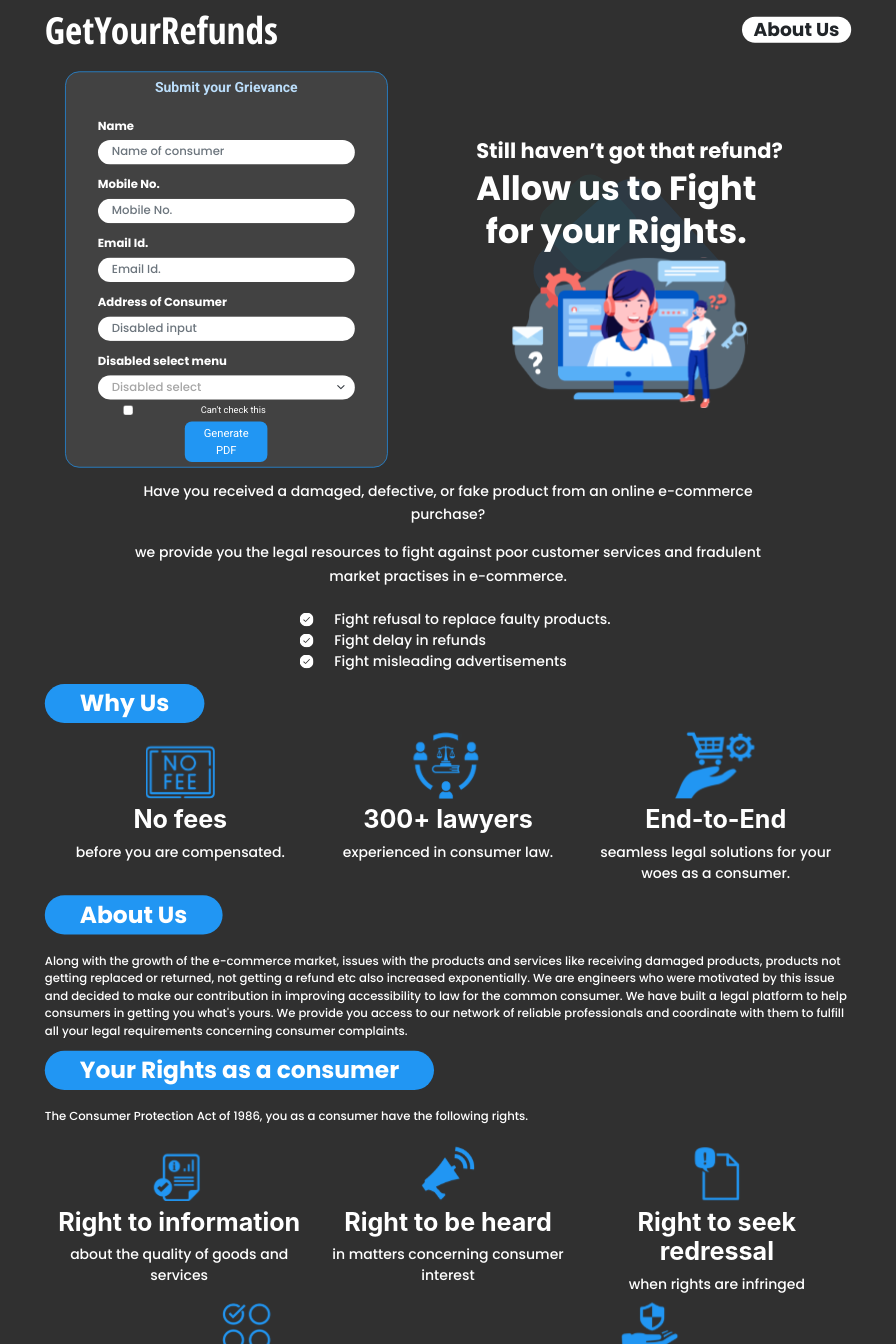
Repository: Eren00Yeager/initial-survey
Page: /consumer-complaints
The author's editor kept a copy of each file at every save. The page is drawn from the files as they stood at one save, then again after the next save.
The browser window is 1280 px wide. The pictures show the part of the page from y = 0 to 1920 px (the page is 2786 px tall before and 2767 px after), at 70% of full size.
Some web fonts or font styles are not loaded; a fallback is used. The project was rebuilt for these pictures with package versions that can differ from the ones it lists, and the page was loaded fresh each time. The framework's server and built-in components were replaced by stand-ins that run in the browser. Also part of the build but not shown: next.config.js.

Above is the page before, as saved 2022-07-14 12:21:02.

### pages/consumer-complaints.jsx
import Head from "next/head";
import Image from "next/image";
import consumerStyles from "../styles/consumer.module.css";
import svg from "../pic/mark.svg";
import im from "../pic/i2.svg";
import i1 from "../pic/nofee.svg";
import i2 from "../pic/law.svg";
import i3 from "../pic/end2.svg";
import j1 from "../pic/info.svg";
import j2 from "../pic/heard.svg";
import j3 from "../pic/seek.svg";
import j4 from "../pic/free.svg";
import j5 from "../pic/safe.svg";
import a from "../pic/carrow.svg";
import f from "../pic/foot.svg";
import z1 from "../pic/in.svg";
import z2 from "../pic/tweet.svg";
import z3 from "../pic/mail.svg";
import { Col, Row, Form, Button, Accordion } from 'react-bootstrap';
import { useState, useEffect } from "react";


export default function consumer() {

    const [name, setName] = useState('');
    const [mobile, setMobile] = useState('');
    const [email, setEmail] = useState('');
    const [problem, setProblem] = useState('');
    const [error, seterror] = useState('');
    const [st, setst] = useState(false);
    const emailValidation = () => {
        const regex = /^(([^<>()[\]\.,;:\s@\"]+(\.[^<>()[\]\.,;:\s@\"]+)*)|(\".+\"))@(([^<>()[\]\.,;:\s@\"]+\.)+[^<>()[\]\.,;:\s@\"]{2,})$/i;
        if (!email || regex.test(email) === false) {

            seterror("Email is not valid");

            return false;
        }
        return true;
    }
    const submitHandler = async (e) => {
        e.preventDefault();

        console.log([name, mobile, email, problem])
        if (emailValidation()) {
            try {
                const response = await fetch("/api/consumersheet", {
                    method: "POST",
                    body: JSON.stringify({ name, mobile, email, problem }),
                    headers: {
                        'Content-Type': 'application/json',
                    },
                })
                if (await response.status == 201) {
                    setst(true)
                } else {
                    throw response.json()
                }


            } catch (e) {
                console.log(e)
                alert("There was an error in submitting\nPlease try again")
                setName('');
                setMobile('');
                setEmail('');
                setProblem('');
                setst(false);
            }
        }
    }

    const [windowSize, setWindowSize] = useState({
        width: "",
        height: "",
    });

    useEffect(() => {
        // only execute all the code below in client side
        if (typeof window !== 'undefined') {
            // Handler to call on window resize
            function handleResize() {
                // Set window width/height to state
                setWindowSize({
                    width: window.innerWidth,
                    height: window.innerHeight,
                });
            }

            // Add event listener
            window.addEventListener("resize", handleResize);

            // Call handler right away so state gets updated with initial window size
            handleResize();

            // Remove event listener on cleanup
            return () => window.removeEventListener("resize", handleResize);
        }
    }, []); // Empty array ensures that effect is only run on mount
    function handleScroll() {
        window.scroll({
            top: document.body.offsetHeight,
            left: 0,
            behavior: 'smooth',
        });
    }

    const thnk = (
        <div className={consumerStyles.tnk}>
            <div className={consumerStyles.thank}>Thank you for
                signing up with us.
                We will soon
                reach out to you.</div>
        </div>
    )
    const frm = (
        <Form className={consumerStyles.frm} onSubmit={submitHandler}>
            <div className={consumerStyles.grev}>
                Submit your Grievance
            </div>
            <div className={consumerStyles.details}>

            <Form.Group className={consumerStyles.det}>
                <Form.Label className={consumerStyles.nam}>Name</Form.Label>
                <Form.Control className={consumerStyles.plc} type="text" placeholder="Name of consumer" />
            </Form.Group>

            <Form.Group className={consumerStyles.det} >
                <Form.Label className={consumerStyles.nam}>Mobile No.</Form.Label>
                <Form.Control className={consumerStyles.plc} type="Mobile No." pattern="[0-9]{10}" placeholder="Mobile No." onChange={(e) => setMobile(e.target.value)} />
            </Form.Group>

            <Form.Group className={consumerStyles.det} >
                <Form.Label className={consumerStyles.nam}>Email Id.</Form.Label>
                <Form.Control className={consumerStyles.plc} type="text" placeholder="Email Id." onChange={(e) => setMobile(e.target.value)} />
            </Form.Group>

            <Form.Group className={consumerStyles.det}>
                <Form.Label className={consumerStyles.nam}>Address of Consumer</Form.Label>
                <Form.Control className={consumerStyles.plc} placeholder="Disabled input" />
            </Form.Group>
            <Form.Group className={consumerStyles.det}>
                <Form.Label className={consumerStyles.nam}>Disabled select menu</Form.Label>
                <Form.Select className={consumerStyles.plc}>
                    <option>Disabled select</option>
                    <option>dsafjn</option>
                    <option>kskjdjnfojn</option>
                </Form.Select>
            </Form.Group>
            <Form.Group className={consumerStyles.terms} >
                <Form.Check type="checkbox" label="Can't check this" />
                <Button variant="primary" className={consumerStyles.sub} >
                    Generate PDF
                </Button>
            </Form.Group>

            </div>

        </Form>
    )
    return (
        <div className={consumerStyles.s}>
            <Head>
                <title>Consumer Complaints</title>
                <meta name="description" content="" />
                <link rel="icon" href="/favicon.ico" />
                <link href='https://fonts.googleapis.com/css?family=Open Sans Condensed:700' rel='stylesheet'></link>
            </Head>

            <div className={consumerStyles.container}>

                <div className={consumerStyles.head}>
                    <div className={consumerStyles.hd}>
                        GetYourRefunds
                    </div>

                    <div>
                        <a href="#about-us" className={consumerStyles.btn} onClick={handleScroll}>About Us</a>
                    </div>
                </div>
                <div className={consumerStyles.main}>

                    {st ? thnk : frm}
                    <div className={consumerStyles.tct}>
                        <div className={consumerStyles.py} style={windowSize.width > 900 ? { position: "relative", width: "32.552vw" } : { position: "relative", width: "250px" }} >
                            <Image src={im} layout="responsive" />
                        </div>
                        <div className={consumerStyles.t1}>
                            <div className={consumerStyles.title}>
                                <div className={consumerStyles.title2}>
                                    Still haven’t got that refund?
                                </div>

                                <div className={consumerStyles.title1}>
                                    Allow us to Fight <br></br>for your Rights.
                                </div>
                            </div>
                        </div>

                    </div>

                </div>

                <div className={consumerStyles.fo}>

                    <div className={consumerStyles.mid}>
                        Have you received a damaged, defective, or fake product from an online e-commerce purchase?
                    </div>
                    <div className={consumerStyles.mid}>
                        we provide you the legal resources to fight against
                        poor customer services and fradulent market practises in
                        e-commerce.
                    </div>
                    <div className={consumerStyles.points}>
                        <div>
                            <div className={consumerStyles.p}>
                                <div className={consumerStyles.i}>
                                    <Image src={svg} />
                                </div>
                                <div className={consumerStyles.t}>
                                    Fight refusal to replace faulty products.
                                </div>
                            </div>
                            <div className={consumerStyles.p}>
                                <div className={consumerStyles.i}>
                                    <Image src={svg} />
                                </div>
                                <div className={consumerStyles.t}><div>Fight delay in refunds</div></div>
                            </div>
                            <div className={consumerStyles.p}>
                                <div className={consumerStyles.i}>
                                    <Image src={svg} />
                                </div>
                                <div className={consumerStyles.t}>
                                    Fight misleading advertisements
                                </div>
                            </div>
                        </div>
                    </div>

                </div>
                <div className={consumerStyles.sect}>
                    <div className={consumerStyles.sech}>Why Us</div>
                    <div className={consumerStyles.fwrap}>
                        <div className={consumerStyles.box}>
                            <div className={consumerStyles.bsvg} ><div style={windowSize.width > 900 ? { width: "7.747vw", position: "relative" } : { width: "30vw", position: "relative" }}><Image src={i1} layout="responsive"></Image></div></div>
                            <div className={consumerStyles.des}>
                                <span className={consumerStyles.des1}> No fees </span>
                                <span className={consumerStyles.des2}>before you are compensated.</span>
                            </div>
                        </div>
                        <div className={consumerStyles.box}>
                            <div className={consumerStyles.bsvg}> <div style={windowSize.width > 900 ? { width: "12.240vw", position: "relative" } : { width: "50vw", position: "relative" }}><Image src={i2} layout="responsive"></Image></div></div>
                            <div className={consumerStyles.des}>
                                <span className={consumerStyles.des1}>300+ lawyers </span>
                                <span className={consumerStyles.des2}>experienced in consumer law. </span>
                            </div>
                        </div>
                        <div className={consumerStyles.box}>
                            <div className={consumerStyles.bsvg}><div style={windowSize.width > 900 ? { width: "13.477vw", position: "relative" } : { width: "50vw", position: "relative" }}><Image src={i3} layout="responsive"></Image></div></div>
                            <div className={consumerStyles.des}>
                                <span className={consumerStyles.des1}>End-to-End</span>
                                <span className={consumerStyles.des2}>seamless legal solutions for your woes  as a consumer.</span>
                            </div>
                        </div>
                    </div>
                </div>
                <div className={consumerStyles.sect} id="about-us">
                    <div className={consumerStyles.sech}>About Us</div>
                    <div className={consumerStyles.abt}>Along with the growth of the e-commerce market, issues with the products and services like receiving damaged products, products not getting replaced or returned, not getting a refund etc also increased exponentially.  We are engineers who were motivated by this issue and decided to make our contribution in improving accessibility to law for the common consumer. We have built a legal platform to help consumers in getting you what's yours. We provide you access to our network of reliable professionals and coordinate with them to fulfill all your legal requirements concerning consumer complaints.   </div>
                </div>
                <div className={consumerStyles.sect}>
                    <div className={consumerStyles.sech}>Your Rights as a consumer</div>
                    <div className={consumerStyles.abt}>The Consumer Protection Act of  1986, you as a consumer have the following rights.</div>
                    <div className={consumerStyles.fwrap}>
                        <div className={consumerStyles.box}>
                            <div className={consumerStyles.bsvg} ><div style={windowSize.width > 900 ? { width: "6.120vw", position: "relative" } : { width: "30vw", position: "relative" }}><Image src={j1} layout="responsive"></Image></div></div>
                            <div className={consumerStyles.des}>
                                <span className={consumerStyles.des1}> Right to information </span>
                                <span className={consumerStyles.des2}>about the quality of goods and services</span>
                            </div>
                        </div>
                        <div className={consumerStyles.box}>
                            <div className={consumerStyles.bsvg} ><div style={windowSize.width > 900 ? { width: "9.440vw", position: "relative" } : { width: "50vw", position: "relative" }}><Image src={j2} layout="responsive"></Image></div></div>
                            <div className={consumerStyles.des}>
                                <span className={consumerStyles.des1}>Right to be heard </span>
                                <span className={consumerStyles.des2}>in matters concerning consumer interest </span>
                            </div>
                        </div>
                        <div className={consumerStyles.box}>
                            <div className={consumerStyles.bsvg} ><div style={windowSize.width > 900 ? { width: "12.891vw", position: "relative" } : { width: "70vw", position: "relative" }}><Image src={j3} layout="responsive"></Image></div></div>
                            <div className={consumerStyles.des}>
                                <span className={consumerStyles.des1}>Right to seek redressal</span>
                                <span className={consumerStyles.des2}> when rights are infringed</span>
                            </div>
                        </div>
                        <div className={consumerStyles.box}>
                            <div className={consumerStyles.bsvg} ><div style={windowSize.width > 900 ? { width: "7.161vw", position: "relative" } : { width: "30vw", position: "relative" }}><Image src={j4} layout="responsive"></Image></div></div>
                            <div className={consumerStyles.des}>
                                <span className={consumerStyles.des1}>Right to freely choose</span>
                                <span className={consumerStyles.des2}> from goods & services </span>
                            </div>
                        </div>
                        <div className={consumerStyles.box}>
                            <div className={consumerStyles.bsvg} ><div style={windowSize.width > 900 ? { width: "8.594vw", position: "relative" } : { width: "40vw", position: "relative" }}><Image src={j5} layout="responsive"></Image></div></div>
                            <div className={consumerStyles.des}>
                                <span className={consumerStyles.des1}>Right to safety</span>
                                <span className={consumerStyles.des2}> from hazardous goods & services</span>
                            </div>
                        </div>
                    </div>
                </div>
                <div className={consumerStyles.sect}>
                    <div className={consumerStyles.sech}>The Process</div>
                    <div className={consumerStyles.proc}>
                        <div className={consumerStyles.pr}>
                            <div className={consumerStyles.pu}>1) Inform us about your problem</div>
                            <div className={consumerStyles.pd}>Our legal advisory team will get in touch with you and collect the details regarding your issue.</div>
                        </div>
                        {windowSize.width > 900 ? <div style={{ width: "3.971vw", position: "relative" }}><Image src={a} layout="responsive"></Image></div> : ""}
                        <div className={consumerStyles.pr}>
                            <div className={consumerStyles.pu}>2) Filing a legal notice</div>
                            <div className={consumerStyles.pd}>Our legal team will then file a legal notice against the seller involved in the issue.</div>
                        </div>
                        {windowSize.width > 900 ? <div style={{ width: "3.971vw", position: "relative" }}><Image src={a} layout="responsive"></Image></div> : ""}
                        <div className={consumerStyles.pr}>
                            <div className={consumerStyles.pu}>3) Consumer Court</div>
                            <div className={consumerStyles.pd}>In case the company does not respond, our trusted network of lawyers will fight the case in consumer court and resolve the case.</div>
                        </div>

                    </div>
                </div>
                <div className={consumerStyles.sect}>
                    <div className={consumerStyles.sech}>FAQs</div>
                    <div className={consumerStyles.qa}>
                        <div className={consumerStyles.ques}>Q. What is the amount I have to pay to get my issue resolved?</div>
                        <div className={consumerStyles.ans}>A: You do not have to pay any fees upfront. A commission of 10% will be charged if we are successful in getting your issue resolved. This legal fees would also be compensated by the vendor against whom you are raising a complaint.</div>
                    </div>
                    <div className={consumerStyles.qa}>
                        <div className={consumerStyles.ques}>Q. How long does it take to resolve a consumer complaint ?</div>
                        <div className={consumerStyles.ans}>A: In some cases the company resolves the complaint within 15 days after they recieve the legal notice . If the company does not resolve the complaint, it may take on average 8-18 months to resolve the issue through consumer courts.</div>
                    </div>
                </div>
                <div className={consumerStyles.foot} >
                    <div className={consumerStyles.ab1}>
                        <div className={consumerStyles.ftxt}>GetYourRefunds</div>
                        <div className={consumerStyles.cprt}>© Copyright 2022</div>
                    </div>
                    <div className={consumerStyles.ab2}>
                        <a href="https://www.linkedin.com/company/getyourrefund/" style={windowSize.width > 900 ? { width: '3.255vw', position: 'relative' } : { width: '20vw', position: 'relative' }}><Image src={z1} layout='responsive'></Image></a>
                        <a href="https://twitter.com/getyourrefunds" style={windowSize.width > 900 ? { width: '3.255vw', position: 'relative' } : { width: '20vw', position: 'relative' }}><Image src={z2} layout='responsive'></Image></a>
                        <a href="mailto:getyourrefunds@gmail.com" style={windowSize.width > 900 ? { width: '3.255vw', position: 'relative' } : { width: '20vw', position: 'relative' }}><Image src={z3} layout='responsive'></Image></a>

                    </div>
                    {windowSize.width > 900 ? <div style={{ width: '100%', position: 'relative' }}>
                        <Image src={f} layout='responsive'></Image>
                    </div> : ""}

                </div>
            </div>
        </div>

    );
}

### styles/globals.scss
@import "~bootstrap/scss/bootstrap";
html,
body {
  padding: 0;
  margin: 0;
  font-family: -apple-system, BlinkMacSystemFont, Segoe UI, Roboto, Oxygen,
    Ubuntu, Cantarell, Fira Sans, Droid Sans, Helvetica Neue, sans-serif;
}

a {
  color: inherit;
  text-decoration: none;
}

* {
  box-sizing: border-box;
}

Loaded but not shown: pages/_app.js (common file); styles/consumer.module.css (969 lines, source omitted)

After the next save:
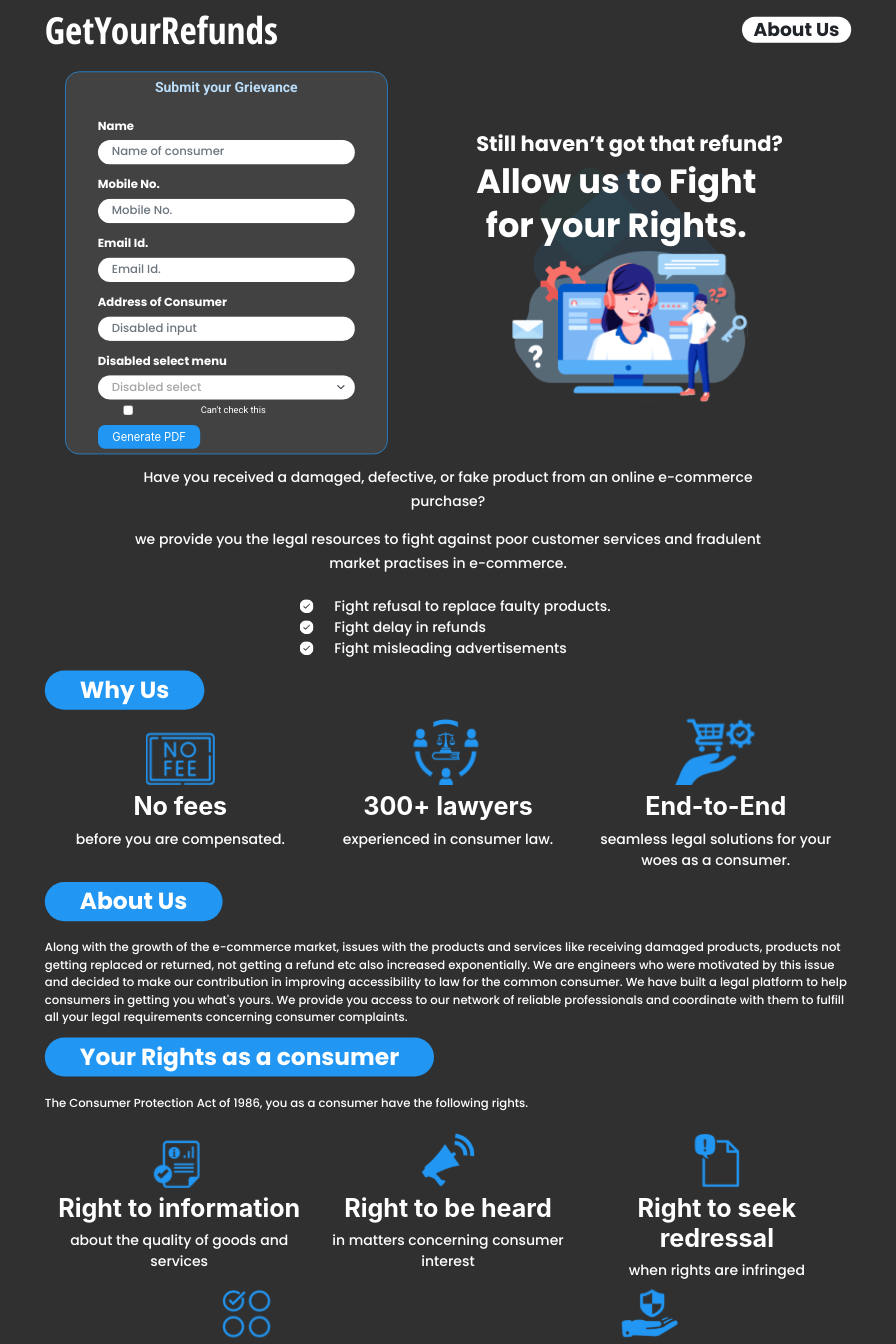
Saved 49 s later.
--- a/pages/consumer-complaints.jsx
+++ b/pages/consumer-complaints.jsx
@@ -149,11 +149,11 @@ export default function consumer() {
             </Form.Group>
             <Form.Group className={consumerStyles.terms} >
                 <Form.Check type="checkbox" label="Can't check this" />
-                <Button variant="primary" className={consumerStyles.sub} >
+
+            </Form.Group>
+            <Button variant="primary" className={consumerStyles.sub} >
                     Generate PDF
-                </Button>
-            </Form.Group>
-
+            </Button>
             </div>
 
         </Form>
